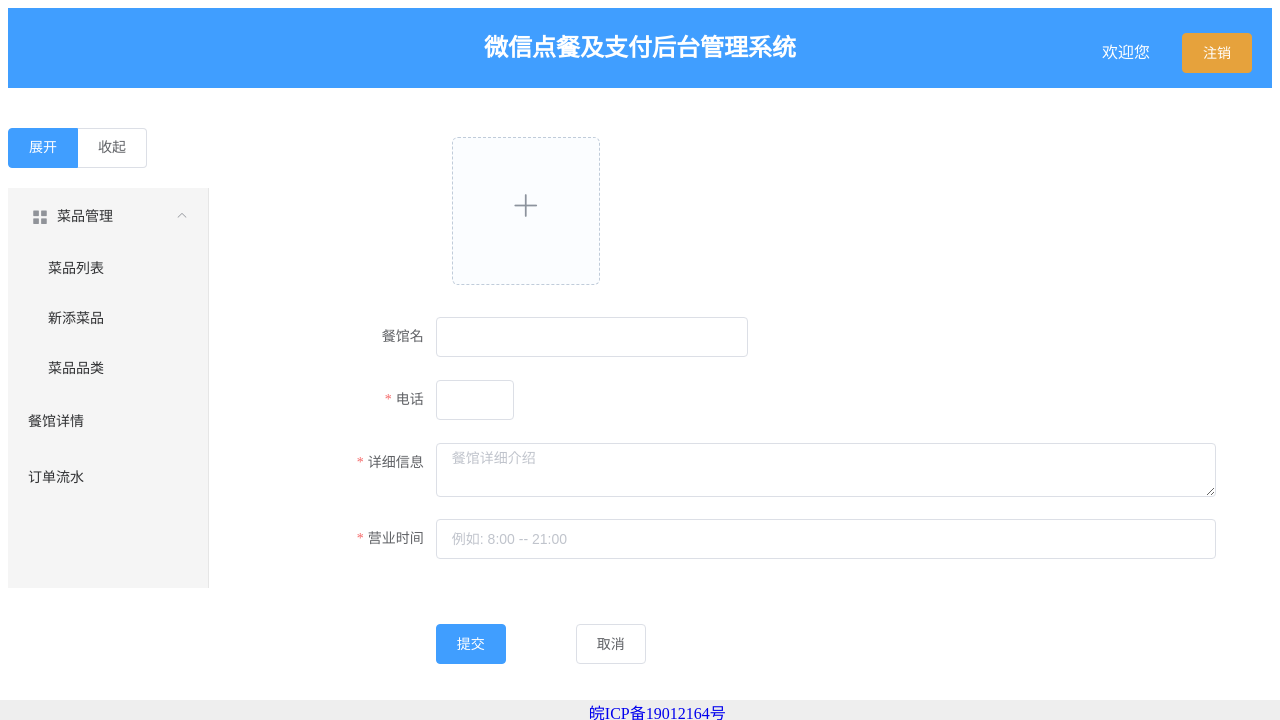
Repository: align-shi/order-web
Page: /pointpayment/hotelTable
The author's editor kept a copy of each file at every save. The page is drawn from the files as they stood at one save, then again after the next save.
The browser window is 1280 px wide. The pictures show the whole page.
The page's requests for data from a server got no answer. The project was rebuilt for these pictures with package versions that can differ from the ones it lists, and the page was loaded fresh each time. No one was signed in, and anything a server would have sent is missing. Also part of the build but not shown: src/pages/login.vue.

Above is the page before, as saved 2020-03-11 21:02:58.

### index.html
<!DOCTYPE html>
<html>
  <head>
    <meta charset="utf-8">
    <meta name="viewport" content="width=device-width,initial-scale=1.0">
    <title>pointpayment_ele</title>
  </head>
  <body>
    <div id="app"></div>
    <!-- built files will be auto injected -->
  </body>
  <div style="position: fixed;left: 0px;bottom: 0px;width: 100%;height:20px;background-color: #eee;">
    <a href="http://www.beian.miit.gov.cn" target="_blank" style="margin-left: 46%">皖ICP备19012164号</a>
  </div>
</html>

### src/App.vue
<template>
  <div id="app">
    <transition name="fade" mode="out-in">
			<router-view></router-view>
		</transition>
  </div>
</template>

<script>
export default {
  name: 'App'
}
</script>

<style>
  .header{
    background-color: #409EFF;
    color: white;
    text-align: center;
  }
</style>

### src/pages/main.vue
<template>
    <div>
        <el-container>
            <el-header class="header" height="80px">
                <headers></headers>
            </el-header>
            <el-main>
                <!-- <span v-if="!user" class="loginFont">
                        <el-button type="success"  @click="login">点击登录</el-button>
                </span>   -->
                <div class="centerContent">
                    <transition name="fade" mode="out-in">
						<router-view></router-view>
					</transition>
                </div>

            </el-main>

            <el-aside>
                    <navMenuVue></navMenuVue>
            </el-aside>

        </el-container>

    </div>
</template>

<script>

    import headers from '../components/header.vue';
    import navMenuVue from '../components/NavMenu.vue';

    export default {

        created:function(){

        },
        methods: {
            login () {
                this.$router.replace('/login')
            },
            logout () {
                this.$store.dispatch('logout').then(() => {
                    this.$router.replace('/login')
                })
            },
            dataPath(){
                this.$router.replace('/dataTable')
            },
            getStatus (urlStr) {
                var urlStrArr = urlStr.split('/')
                return urlStrArr[urlStrArr.length - 1]
            }
        },

        computed: {
            user () {
                return this.$store.state.user
            }
        },
        components: {
            headers,
            navMenuVue,
            key() {
                return this.$route.name !== undefined? this.$route.name +new Date(): this.$route +new Date()
            }
         },
         watch:{
            '$route' (to, from) {
                // console.log(this.getStatus(this.$route.path))
             }
         }
    }
</script>
<style>

    .userContent{
        position: relative;
        top: -50px;
        float: right;
    }
    .centerContent{
        position: absolute;
        top: 19%;
        left:15%;
        width:80%;
    }
    .loginFont{
        top: 30%;
        position: absolute;
        left:46%;
    }
</style>

### src/components/createMenu.vue
<template>
    <div class="form">
          <el-upload
            class="upload"
            action=""
            list-type="picture-card"
            :on-preview="handlePictureCardPreview"
            :on-remove="handleRemove"
            :limit = 1
            :before-upload="UpladFile"
            >
            <!--  :on-change="saveFile"  :auto-upload="false"  :on-change="saveFile" :auto-upload="false" :before-upload="UpladFile" -->
            <i class="el-icon-plus"></i>
          </el-upload>
          <el-dialog :visible.sync="dialogVisible">
            <img width="100%" :src="dialogImageUrl" alt="">
          </el-dialog>

          <el-form :model="form" label-width="80px" :rules="formRules" ref="form">
            <el-form-item label="菜名" prop="dishes">
              <el-input v-model="form.dishes" auto-complete="off" style="width:40%"></el-input>
            </el-form-item>

            <el-form-item label="价格" prop="price">
              <el-input v-model="form.price" auto-complete="off" style="width:10%"></el-input>
            </el-form-item>

            <el-form-item label="菜品类别" prop="typeId">
              <el-select clearable  v-model="form.typeId" placeholder="菜品类别" autocomplete="off"
                      style="width: 30%">
              <el-option v-for="item in typeList" :key="item.id" :label="item.typeName"
                        :value="item.id"></el-option>
              </el-select>
            </el-form-item>
          </el-form>

        <div class="buttons">
            <el-button type="primary" @click.native="submit" :loading="submitLoading">提交</el-button>
            <el-button @click.native="clean" style="margin-left:5em;">取消</el-button>
        </div>

    </div>
</template>
<script>
    export default {

        data(){
            return{
                file:{},
                dialogVisible:false,
                dialogImageUrl:'',
                fileList:[],        //文件列表
                typeList:[],        //菜品类别表
                form: {             //提交表单
                  dishes:'',
                  price:'',
                  picture:'',
                  typeId:'',
                },
                submitLoading:false,
                uploadingFile:false,
                //表单验证
                formRules: {
                  dishes: [
                    { required: true, message: '请输入菜名', trigger: 'blur' },
                  ],
                  price: [
                    { required: true, message: '请输入价格', trigger: 'blur' },
                  ],
                  typeId:[
                    { required: true, message: '请输入菜品类别', trigger: 'blur' },
                  ],
                },
            }
        },
        created:function(){
            this.getTypeList()
        },
        methods: {
            // saveFile(file){
            //     this.file  = file.raw;
            //     this.fileList = [...this.fileList, this.file];
            // },
            submit(){
                this.$refs.form.validate((valid) => {
					if (valid) {
						this.$confirm('确认提交吗？', '提示', {}).then(() => {
                        this.submitLoading = true;
                        let para = Object.assign({}, this.form);
							// para.publishingDate = (!para.publishingDate || para.publishingDate == '') ? '':util.formatDate.format(new Date(para.publishingDate), 'yyyy-MM-dd');
                            this.submitMenu(para);
						});
					}
				});
            },
            submitMenu:function(para){
                // alert(JSON.stringify(para));
                this.$axios.post('/menu/insert',para).then((res) => {
                    if(res.data!=null){
                        this.$message.success('提交成功');
                    }
                    this.$refs['form'].resetFields();
                    this.editLoading = false;

                }).catch(function(error){
                        console.log(error);
                })
            },
            getTypeList(){
                this.$axios.post('/type/list').then((res) =>{
                this.typeList = res.data;
                })
            },
            handleRemove(file, fileList) {
                console.log(file, fileList);
            },
            handlePictureCardPreview(file) {
                this.dialogImageUrl = file.url;
                this.dialogVisible = true;
            },
            a(){

            },
            UpladFile(file){

                this.fileList = [...this.fileList,file];
                const formData = new FormData();
                var list = this.fileList;
                var that = this;
                list.forEach((file) => {
                    console.log(file);
                    formData.append('files',file);
                });

                formData.append('path','pic');
                this.$axios.post('/file/uploadFile',formData).then((res) => {
                    if(res.data!=null){
                        this.fileList= [];
                        this.form.picture = res.data[0];

                    }
                }).catch(function(error){
                    this.uploadingFile = false;
                })
                this.uploadingFile = false;
            }
        },
        computed: {

        }
    }
</script>
<style>
    .upload{
      margin-left: 6em;
      margin-bottom: 2em;
    }

    .form{
        margin-top:2%;
        margin-left:20%;
    }

    .buttons{
        margin-top:4em;
        margin-left:5em;
    }
</style>

### src/components/orderTable.vue
<template>
    <div>
        <div style="margin-bottom: 1em;">
            <el-col :span="2">
                <el-input v-model="order.tablenumber"  placeholder="请输入桌号名"></el-input>
            </el-col>

            <el-col :span="5" :offset="1">
                <el-input v-model="order.wxaccount"  placeholder="顾客微信名" ></el-input>
            </el-col>
            <el-button @click="search" icon="el-icon-search">搜索</el-button>
        </div>


        <el-table ref="multipleTable" :data="tableData.slice((currentPage-1)*pageSize,currentPage*pageSize)" border style="width: 100%"
            @selection-change="handleSelectionChange" :cell-style="cellStyle" :header-cell-style="rowClass">


            <el-table-column type="expand">
                <template slot-scope="props">
                    <el-form label-position="left" inline class="demo-table-expand">
                        <div>
                            <el-card class="box-card" shadow="hover" v-for="(item,i) in props.row.carts" :key="i"
                                style="float:left;margin-left:1em;margin-bottom:.5em;background-color:#F5F5F5">
                                菜品 : {{item.dishes}}   &#12288;&#12288;单价 : {{item.price}}    &#12288;&#12288;数量 : {{item.quantity}}
                            </el-card>
                        </div>

                    </el-form>
                </template>
            </el-table-column>

            <el-table-column prop="openId" label="用户标识" show-overflow-tooltip width="140"></el-table-column>
            <el-table-column prop="wxaccount" label="顾客微信名" align="center"></el-table-column>
            <el-table-column prop="tablenumber" label="桌号" show-overflow-tooltip width="200"></el-table-column>
            <el-table-column prop="money" label="总额(元)" width="100"></el-table-column>

            <el-table-column label="操作">
            <template slot-scope="scope">
                <el-button type="warning" plain @click="handleChangeStatus(scope.$index, scope.row)" v-show="scope.row.status == 1">
                  请求处理    <i class="el-icon-loading"></i>
                </el-button>
                <div v-show="scope.row.status == 2"> 已处理&#12288;<i class="el-icon-check"></i></div>
                <!-- <i class="el-icon-check" v-show="scope.row.status == 2"></i> -->
            </template>
          </el-table-column>
        </el-table>

        <el-pagination background
            @size-change="handleSizeChange"
            @current-change="handleCurrentChange"
            :current-page="currentPage"
            :page-sizes="[5,10,50, 100]"
            :page-size="pageSize"
            layout="total, sizes, prev, pager, next, jumper"
            :total="total">
        </el-pagination>
    </div>
</template>

<script>
export default {
    data(){
        return {

                total:5,
                currentPage: 1,
　　　　　　　　　pageSize: 5,

                msg:"",//记录每一条的信息，便于取id

                tableData: [],
                multipleSelection: [],
                order:{
                    tablenumber:null,
                    wxaccount:''
                }

        }
    },

    created: function(){
      this.getPackData();
    },

    mounted() {
			this.getPackData();
    },
    methods: {

      getPackData() {

        this.$axios({
            method: 'post',
            url: '/order/getListBy',
            data:{}
        }).then((res) => {
            this.tableData = res.data;
            this.total=this.tableData.length;
            // alert(JSON.stringify(res.data));
        }).catch(function(error){
            console.log(error);
        })

      },
      search(){
        this.$axios({
            method: 'post',
            url: '/order/getListBy',
            data:this.order
        }).then((res) => {
            this.tableData = res.data;
            this.total=this.tableData.length;
            // alert(JSON.stringify(res.data));
        }).catch(function(error){
            console.log(error);
        })
      },
      toggleSelection(rows) {
          if (rows) {
              rows.forEach(function(row)  {
                  this.$refs.multipleTable.toggleRowSelection(row);
              });
          } else {
              this.$refs.multipleTable.clearSelection();
          }
      },
      handleSelectionChange(val) {
          this.multipleSelection = val;
      },
      callbackFunction(result) {
                alert(result + "aaa");
            },
      handleSizeChange(val){
        this.pageSize = val;
        this.currentPage = 1;
        // this.fetchData(1, val);
        // console.log(`每页 ${val} 条`);
      },
      handleCurrentChange(val){
        this.currentPage = val;
        // this.fetchData(val, this.pageSize);
        // console.log(`当前页: ${val}`);
      },
      cellStyle({row,column,rowIndex,columnIndex}){
        return "text-align:center;"
      },
      rowClass({row,rowIndex}){
        return "text-align:center;"
      },

      handleChangeStatus:function(index,row){

        this.$axios({
            method: 'post',
            url: '/order/handleOrder',
            params:{id:row.id}
        }).then((res) =>{
          if(res.data == true){
            this.$message.success('处理成功');
          }
          row.status = 2;
        }).catch(function(error){
          console.log(error)
          that.$message.error('处理失败')
        })

      }

    }

}
</script>
<style>
    .el-table th {
        text-align: center;
    }

    /* .el-table tbody tr td:first-child {
        text-align: center;
    } */
    .upload{
      margin-left: 6em;
      margin-bottom: 2em;
    }
</style>

### src/components/hotelTable.vue
<template>
    <div class="form">

        <el-upload
            class="upload"
            action=""
            list-type="picture-card"
            :on-preview="handlePictureCardPreview"
            :on-remove="handleRemove"
            :limit = 1
            :before-upload="UpladFile"
            >
            <!--  :on-change="saveFile"  :auto-upload="false"  :on-change="saveFile" :auto-upload="false" :before-upload="UpladFile" -->
            <i class="el-icon-plus"></i>
        </el-upload>
        <el-dialog :visible.sync="dialogVisible">
            <img width="100%" :src="dialogImageUrl" alt="">
        </el-dialog>

        <el-form :model="form" label-width="80px" :rules="formRules" ref="form">
            <el-form-item label="餐馆名" prop="name">
                <el-input v-model="form.dishes" auto-complete="off" style="width:40%"></el-input>
            </el-form-item>

            <el-form-item label="电话" prop="price">
                <el-input v-model="form.price" auto-complete="off" style="width:10%"></el-input>
            </el-form-item>

            <el-form-item label="详细信息" prop="price">
                <el-input type="textarea" rows="2" placeholder="餐馆详细介绍" v-model="textarea">
                </el-input>
            </el-form-item>

            <el-form-item label="营业时间" prop="price">
                <el-input  placeholder="例如: 8:00 -- 21:00" v-model="textarea">
                </el-input>
            </el-form-item>

        </el-form>

        <div class="buttons">
            <el-button type="primary" @click.native="submit" :loading="submitLoading">提交</el-button>
            <el-button @click.native="clean" style="margin-left:5em;">取消</el-button>
        </div>
    </div>
</template>
<script>
    export default {

        data(){
            return{
                file:{},
                dialogVisible:false,
                dialogImageUrl:'',
                fileList:[],        //文件列表
                typeList:[],        //菜品类别表
                form: {             //提交表单
                  dishes:'',
                  price:'',
                  picture:'',
                  typeId:'',
                },
                submitLoading:false,
                uploadingFile:false,
                //表单验证
                formRules: {
                  dishes: [
                    { required: true, message: '请输入菜名', trigger: 'blur' },
                  ],
                  price: [
                    { required: true, message: '请输入价格', trigger: 'blur' },
                  ],
                  typeId:[
                    { required: true, message: '请输入菜品类别', trigger: 'blur' },
                  ],
                },
            }
        },
        created:function(){
            this.getTypeList()
        },
        methods: {
            // saveFile(file){
            //     this.file  = file.raw;
            //     this.fileList = [...this.fileList, this.file];
            // },
            submit(){
                this.$refs.form.validate((valid) => {
					if (valid) {
						this.$confirm('确认提交吗？', '提示', {}).then(() => {
                        this.submitLoading = true;
                        let para = Object.assign({}, this.form);
							// para.publishingDate = (!para.publishingDate || para.publishingDate == '') ? '':util.formatDate.format(new Date(para.publishingDate), 'yyyy-MM-dd');
                            this.submitMenu(para);
						});
					}
				});
            },
            submitMenu:function(para){
                // alert(JSON.stringify(para));
                this.$axios.post('/menu/insert',para).then((res) => {
                    if(res.data!=null){
                        this.$message.success('提交成功');
                    }
                    this.$refs['form'].resetFields();
                    this.editLoading = false;

                }).catch(function(error){
                        console.log(error);
                })
            },
            getTypeList(){
                this.$axios.post('/type/list').then((res) =>{
                this.typeList = res.data;
                })
            },
            handleRemove(file, fileList) {
                console.log(file, fileList);
            },
            handlePictureCardPreview(file) {
                this.dialogImageUrl = file.url;
                this.dialogVisible = true;
            },
            a(){

            },
            UpladFile(file){

                this.fileList = [...this.fileList,file];
                const formData = new FormData();
                var list = this.fileList;
                var that = this;
                list.forEach((file) => {
                    console.log(file);
                    formData.append('files',file);
                });

                formData.append('path','pic');
                this.$axios.post('/file/uploadFile',formData).then((res) => {
                    if(res.data!=null){
                        this.fileList= [];
                        this.form.picture = res.data[0];

                    }
                }).catch(function(error){
                    this.uploadingFile = false;
                })
                this.uploadingFile = false;
            }
        },
        computed: {

        }
    }
</script>
<style>
    .upload{
      margin-left: 6em;
      margin-bottom: 2em;
    }

    .form{
        margin-top:0%;
        margin-left:16%;
    }

    .buttons{
        margin-top:4em;
        margin-left:5em;
    }
</style>

### src/components/header.vue
<template>
    <div id="header">
        <h2>微信点餐及支付后台管理系统</h2>
        <div class="userContent">
            <span>
                <label>欢迎您</label>&nbsp;&nbsp;&nbsp;{{this.username}}&nbsp;&nbsp;&nbsp;&nbsp;
                <el-button type="warning"  @click="login" style="">注销</el-button>
            </span>
        </div>
    </div>
</template>

<script>
    export default {

        data(){
            return{
                username:''
            }
        },
        created:function(){
            this.username=this.getUserName();
        },
        methods: {
            login () {
                this.$router.replace('/login')
            },
            logout () {
                this.$store.dispatch('logout').then(() => {
                    this.$router.replace('/login')
                })
            },
            dataPath(){
                this.$router.replace('/dataTable')
            },
            getUserName(){
                if (document.cookie.length > 0) {
                    var arr = document.cookie.split('; '); //这里显示的格式需要切割一下自己可输出看下
                    for (var i = 0; i < arr.length; i++) {
                        var arr2 = arr[i].split('='); //再次切割
                        if (arr2[0] == 'userName') {
                            return arr2[1];
                        }
                    }
                }
            }
        },
        computed: {
            user () {
                return this.$store.state.user
            }
        }
    }
</script>
<style>
    .userContent{
        position: relative;
        top: -40px;
        float: right;
    }
</style>

### src/components/NavMenu.vue
<template>
    <div id="navMenu">
        <el-radio-group v-model="isCollapse" style="margin-bottom: 20px;">
            <el-radio-button :label="false">展开</el-radio-button>
            <el-radio-button :label="true">收起</el-radio-button>
        </el-radio-group>

         <el-menu default-active="1" class="el-menu-vertical-demo"
            @open="handleOpen" @close="handleClose" :collapse="isCollapse" @select="handleSelect" :router="true"
            background-color="#F5F5F5">

            <el-submenu v-for="(item,i) in navList" :key="'1'+i" v-show="item.second" :index="item.name">
                <template slot="title">
                    <i class="el-icon-menu"></i>
                    <span>{{ item.navItem}}</span>
                </template>
                <el-menu-item v-for="(sec,j) in item.second" :key="j" :index="sec.name">{{sec.navItem}}</el-menu-item>
            </el-submenu>

            <el-menu-item v-for="(item,i) in navList" :key="i" v-show="!item.second" :index="item.name">
            {{ item.navItem }}
            </el-menu-item>


        </el-menu>
    </div>
</template>

<script>
    export default {
        data() {
            return {
                isCollapse: false,
                navList:[
                    {name:'/hotelTable',navItem:'餐馆详情'},
                    {name:'/orderTable',navItem:'订单流水'},
                    {name:'1',navItem:'菜品管理',
                        second:[{name:'/menuTable',navItem:'菜品列表'},
                                {name:'/createMenu',navItem:'新添菜品'},
                                {name:'/typeTable',navItem:'菜品品类'}]},
                ]
            };
        },
        created:function(){

        },
        methods: {
            handleOpen(key, keyPath) {
                // console.log(key, keyPath);
            },
            handleClose(key, keyPath) {
                // console.log(key, keyPath);
            },
            handleSelect(key, keyPath) {
                // console.log(key, keyPath);
                this.$router.push(key);
            }
        }
  }
</script>
<style>
    .el-menu-vertical-demo:not(.el-menu--collapse) {
        width: 200px;
        min-height: 400px;
    }
</style>

Loaded but not shown: src/router/index.js (45 lines, source omitted); src/main.js (27 lines, source omitted); src/components/menuTable.vue (352 lines, source omitted); src/components/typeTable.vue (306 lines, source omitted)

After the next save:
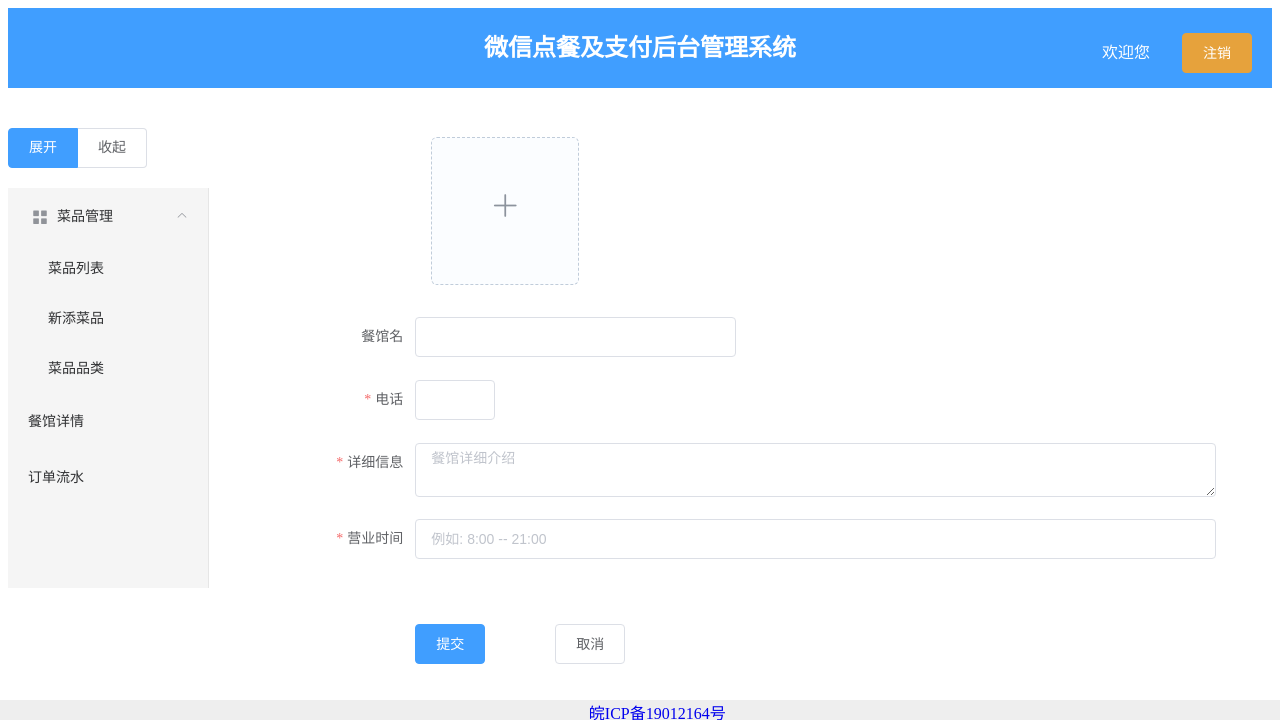
Saved 4 s later.
--- a/src/components/hotelTable.vue
+++ b/src/components/hotelTable.vue
@@ -161,7 +161,7 @@
 
     .form{
         margin-top:0%;
-        margin-left:16%;
+        margin-left:14%;
     }
 
     .buttons{
